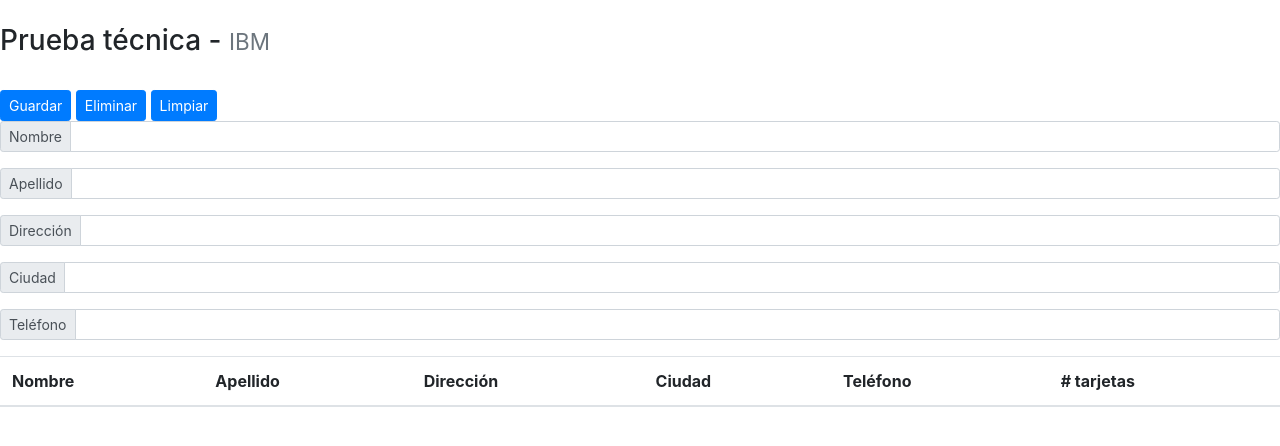
Repository: analozano16/ibm
Page: prueba_banco_war/src/main/webapp/index.html
The author's editor kept a copy of each file at every save. The page is drawn from the files as they stood at one save, then again after the next save.
The browser window is 1280 px wide. The pictures show the whole page.
Some web libraries are served in a nearby version.

Above is the page before, as saved 2020-02-02 22:15:02.

### prueba_banco_war/src/main/webapp/index.html
<!DOCTYPE html>
<html ng-app="Clientes">
<head>
	<title>Prueba</title>
	<meta charset="utf-8" />
	<!-- angular -->
	<script src="https://ajax.googleapis.com/ajax/libs/angularjs/1.7.9/angular.min.js"></script>
	<!-- controlador -->
	<script type="text/javascript" src="app.js"></script>
	<!-- bootstrap -->
	<link rel="stylesheet" href="https://stackpath.bootstrapcdn.com/bootstrap/4.3.1/css/bootstrap.min.css" integrity="sha384-ggOyR0iXCbMQv3Xipma34MD+dH/1fQ784/j6cY/iJTQUOhcWr7x9JvoRxT2MZw1T" crossorigin="anonymous">
</head>
<body>

<br/>
<h3>
  Prueba técnica -
  <small class="text-muted"> IBM</small>
</h3>
<br/>
<button type="button" class="btn btn-primary btn-sm">Guardar</button>
<button type="button" class="btn btn-primary btn-sm">Eliminar</button>
<button type="button" class="btn btn-primary btn-sm">Limpiar</button>

<br/>
<div class="input-group input-group-sm mb-3">
  <div class="input-group-prepend">
    <span class="input-group-text" id="inputGroup-sizing-sm">Nombre</span>
  </div>
  <input type="text" class="form-control" aria-label="Small" aria-describedby="inputGroup-sizing-sm">
</div>

<div class="input-group input-group-sm mb-3">
  <div class="input-group-prepend">
    <span class="input-group-text" id="inputGroup-sizing-sm">Apellido</span>
  </div>
  <input type="text" class="form-control" aria-label="Small" aria-describedby="inputGroup-sizing-sm">
</div>
<div class="input-group input-group-sm mb-3">
  <div class="input-group-prepend">
    <span class="input-group-text" id="inputGroup-sizing-sm">Dirección</span>
  </div>
  <input type="text" class="form-control" aria-label="Small" aria-describedby="inputGroup-sizing-sm">
</div>
<div class="input-group input-group-sm mb-3">
  <div class="input-group-prepend">
    <span class="input-group-text" id="inputGroup-sizing-sm">Ciudad</span>
  </div>
  <input type="text" class="form-control" aria-label="Small" aria-describedby="inputGroup-sizing-sm">
</div>
<div class="input-group input-group-sm mb-3">
  <div class="input-group-prepend">
    <span class="input-group-text" id="inputGroup-sizing-sm">Teléfono</span>
  </div>
  <input type="text" class="form-control" aria-label="Small" aria-describedby="inputGroup-sizing-sm">
</div>


<table class="table table-hover">
  <thead>
    <tr>
      <th scope="col">Nombre</th>
      <th scope="col">Apellido</th>
      <th scope="col">Dirección</th>
      <th scope="col">Ciudad</th>
      <th scope="col">Teléfono</th>
      <th scope="col"># tarjetas</th>
    </tr>
  </thead>
  <tbody>
  </tbody>
</table>
</body>
</html>

### prueba_banco_war/src/main/webapp/app.js
var app = angular.module("Clientes",[]);

app.controller("ClienteController", function($scope){

});

After the next save:
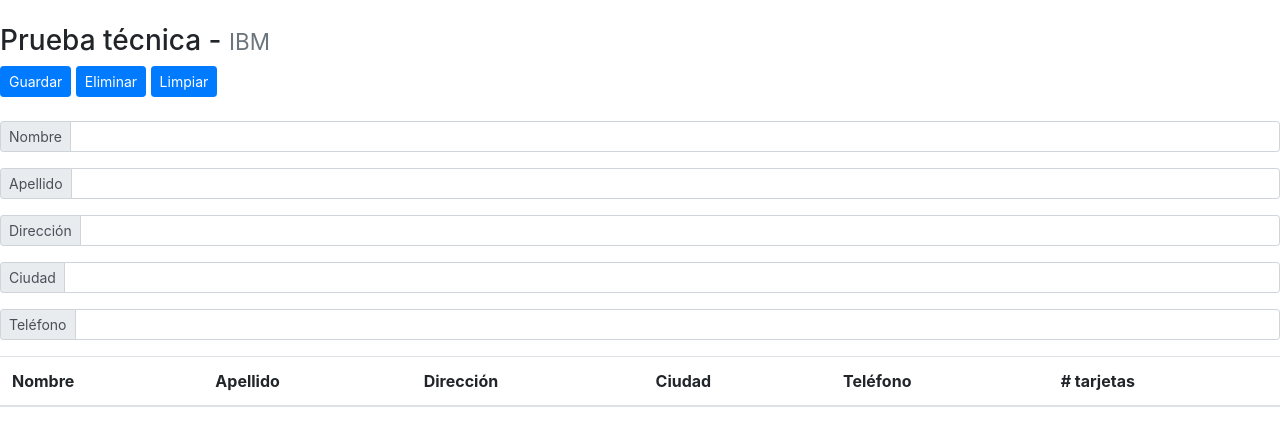
Saved 7 min 55 s later.
--- a/prueba_banco_war/src/main/webapp/index.html
+++ b/prueba_banco_war/src/main/webapp/index.html
@@ -17,11 +17,11 @@
   Prueba técnica -
   <small class="text-muted"> IBM</small>
 </h3>
-<br/>
 <button type="button" class="btn btn-primary btn-sm">Guardar</button>
 <button type="button" class="btn btn-primary btn-sm">Eliminar</button>
 <button type="button" class="btn btn-primary btn-sm">Limpiar</button>
 
+<br/>
 <br/>
 <div class="input-group input-group-sm mb-3">
   <div class="input-group-prepend">
